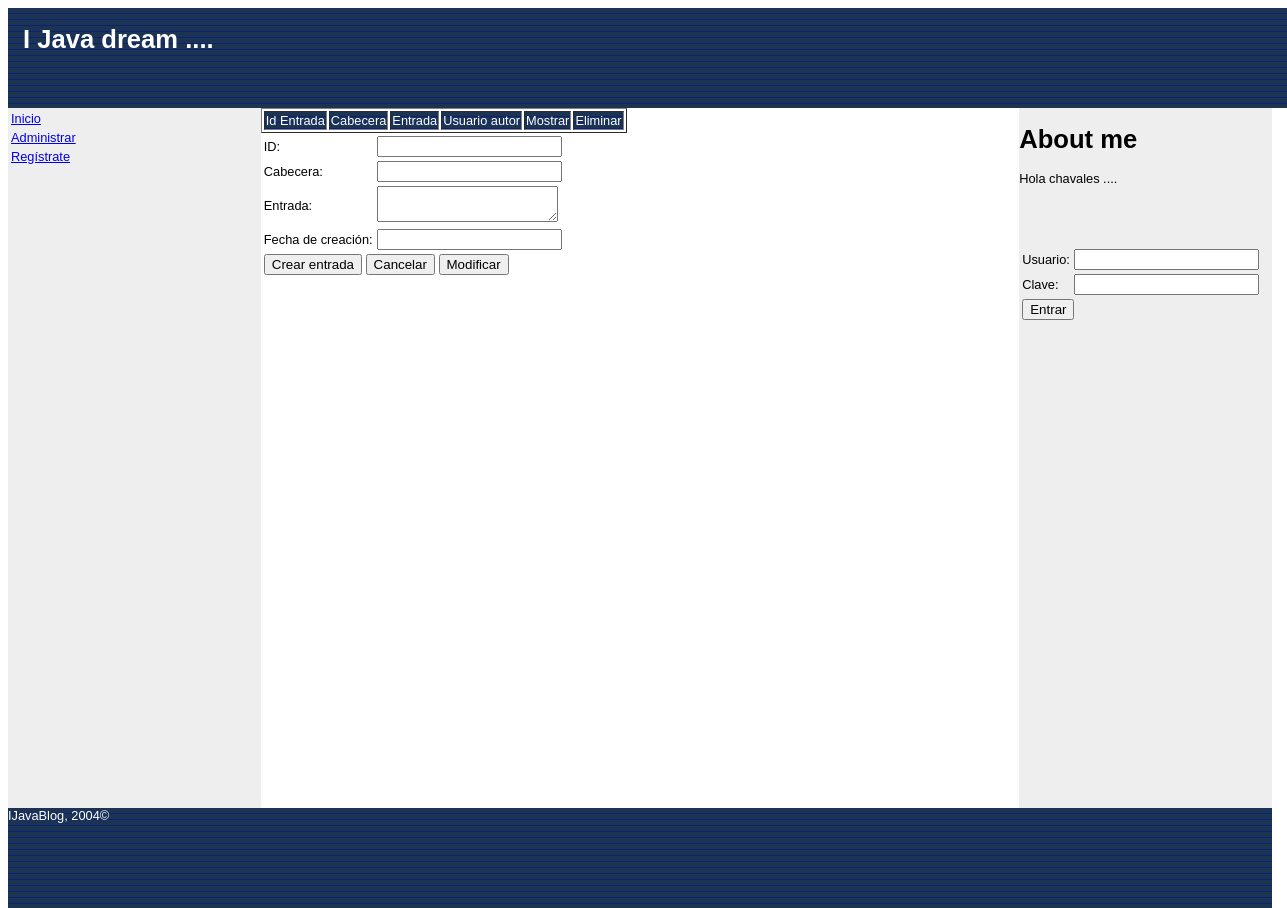
Repository: alruis/IJavaDreamBlog
Page: http://localhost/IJavaBlog/jsp/blog/inicio.jsp
These files come from the project's save history. The page is drawn as it stood at one moment and after the next save; the edit follows.
The browser window is 1280 px wide. The page is 1287 px wide, so the pictures cover 1287 px, including what lies to the right of the window. The pictures show the whole page.
The page is served by Tomcat 9. Nobody is signed in. The application's start-up code is not run. The template is opened directly, without the code that normally fills it, so the values that code supplies are empty.

Above is the page before, as saved 2014-09-26 14:17:28.
Console error: ReferenceError: init is not defined

After the next save:
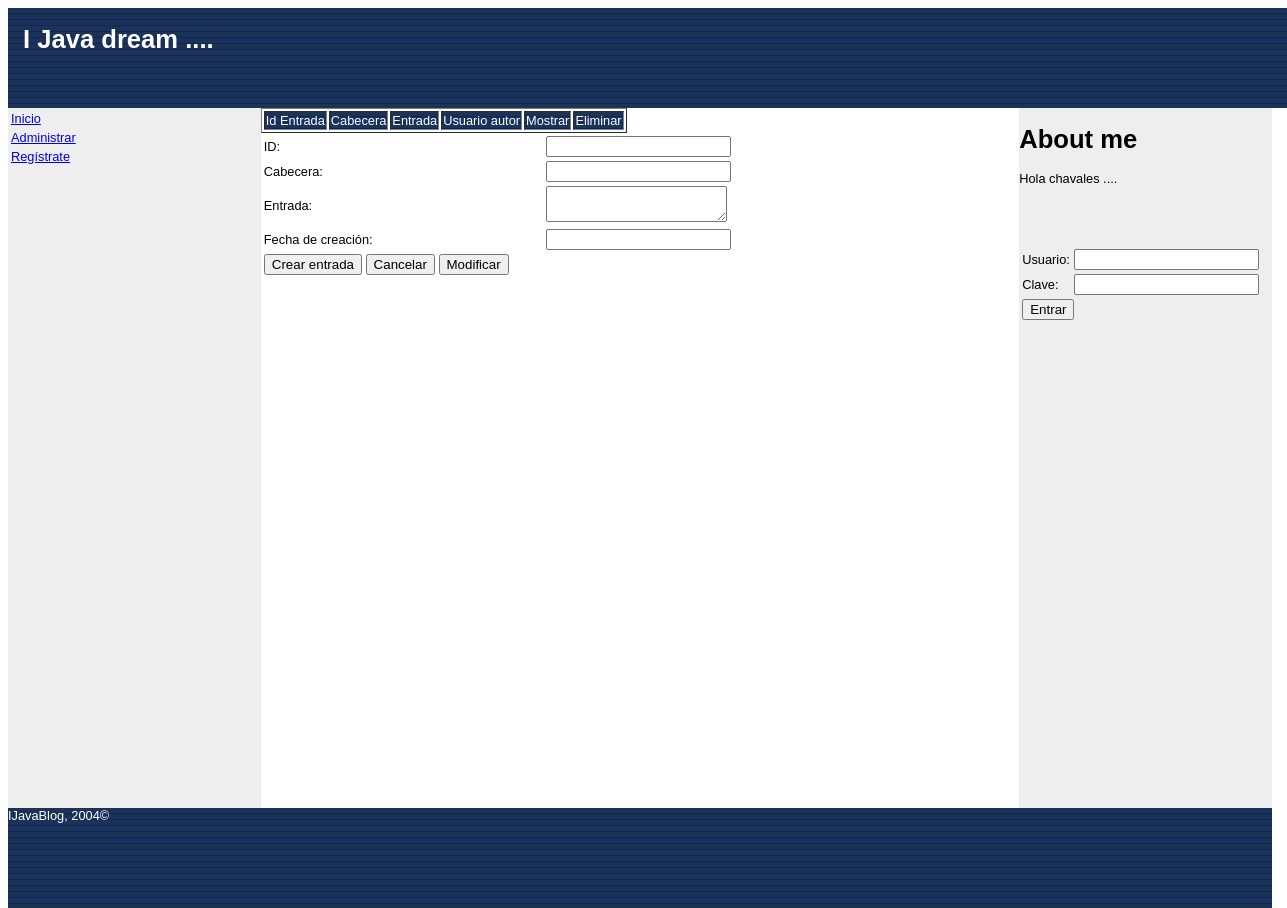
Saved 87 s later.
--- a/IJavaBlog/WebContent/jsp/blog/inicio.jsp
+++ b/IJavaBlog/WebContent/jsp/blog/inicio.jsp
@@ -103,7 +103,7 @@
 
 	<!--   <h1>Crear entrada</h1> -->
 	<form:form action="agregarEntrada.blog" commandName="entradaForm" method="post">
-		<table>
+		<table style="width: 100%;">
 		<tr>
 				<td>ID:</td>
 				<td><form:input path="idEntrada" readonly="true" /> </td>
